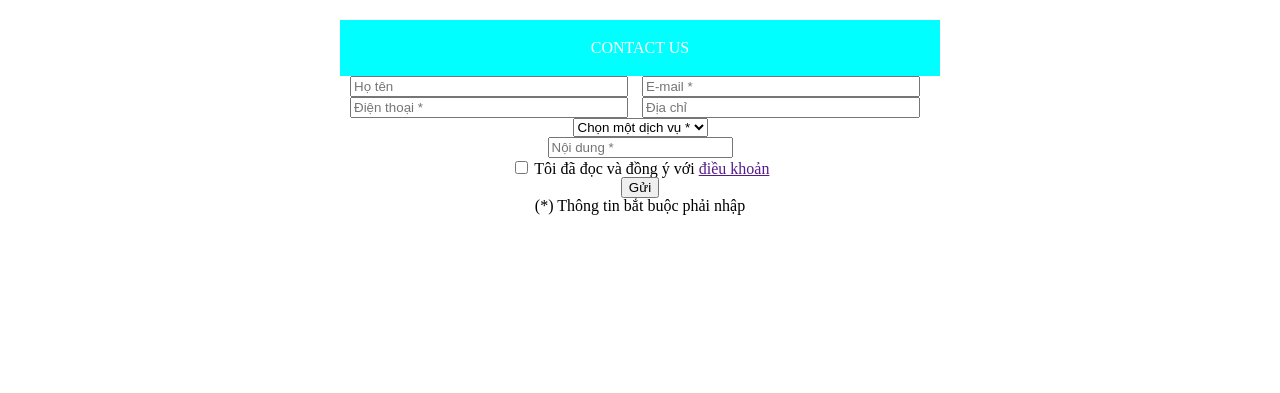
Repository: vanh1604/exercises
Page: baitap/Car/contact.html
An editor plug-in stored every save of this project. The page is shown before and after the next save, followed by the edit.
The browser window is 1280 px wide. The pictures show the whole page.

Above is the page before, as saved 2023-03-29 17:21:45.

After the next save:
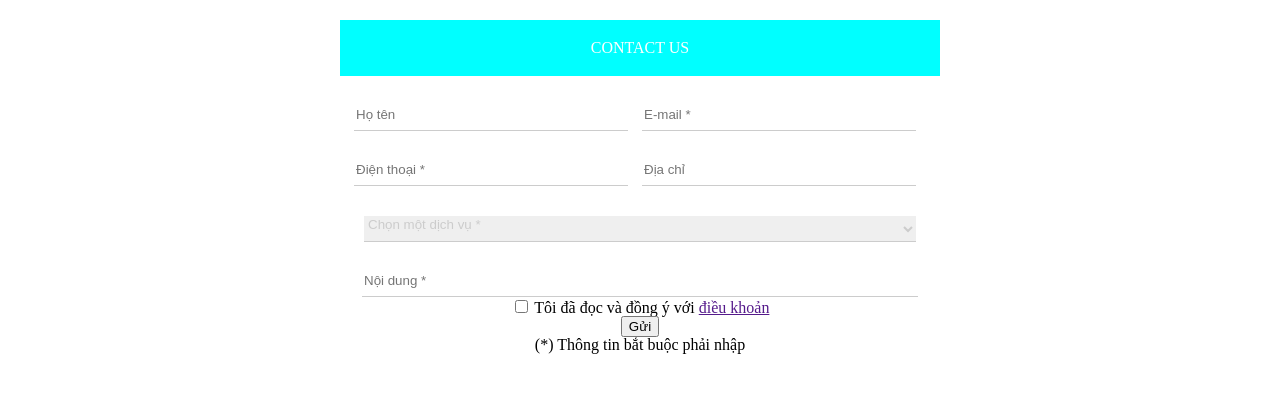
Saved 18 s later.
--- a/baitap/Car/contact.css
+++ b/baitap/Car/contact.css
@@ -29,5 +29,21 @@
   width: 45% !important;
   margin-right: 10px;
 }
+.modal select {
+  color: #ccc;
+}
+.modal input[type="text"],
+.modal select {
+  width: 92%;
+  border: none;
+  border-bottom: 1px solid #ccc;
+  margin-top: 30px;
+  padding-bottom: 8px;
+}
+input:focus,
+select:focus,
+button:focus {
+  outline: none;
+}
 input {
 }
